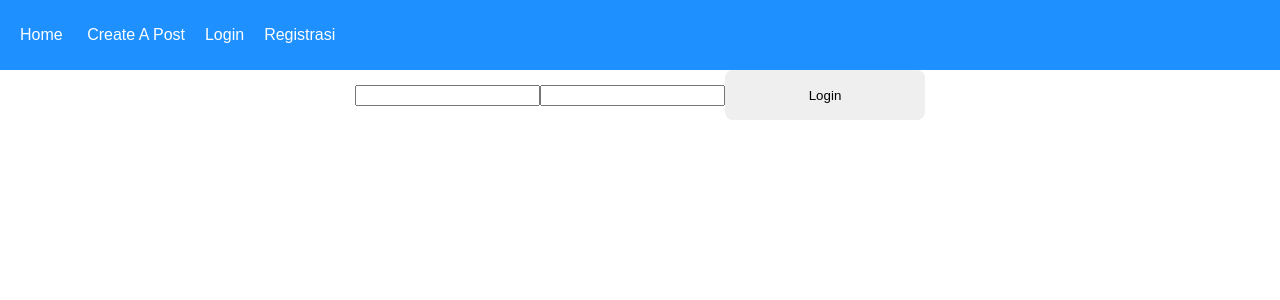
Repository: skipzenni/fullstack_react_training
Page: / (app in client/)
The author's editor kept a copy of each file at every save. The page is drawn from the files as they stood at one save, then again after a run of saves.
The browser window is 1280 px wide. The pictures show the whole page.
The page's requests for data from a server got no answer. The project was rebuilt for these pictures with package versions that can differ from the ones it lists, and the page was loaded fresh each time. No one was signed in, and anything a server would have sent is missing. Also part of the build but not shown: client/src/pages/CreatePost.js, client/src/pages/Post.js, client/src/pages/Registrasi.js, client/src/pages/PageNotFound.js.

Above is the page before, as saved 2023-06-20 01:03:50.

After the next 2 saves:
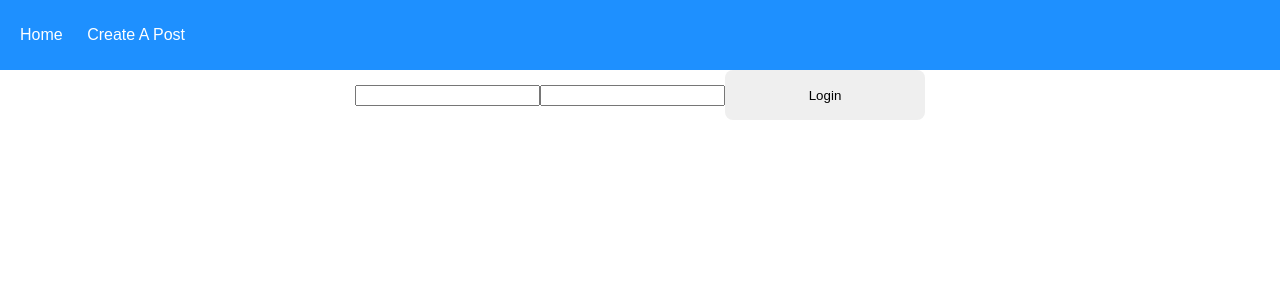
The 2 saves are shown as one change because they came seconds apart.
The last was saved 18 min 14 s later.
--- a/client/src/App.js
+++ b/client/src/App.js
@@ -47,7 +47,7 @@ function App() {
             <div className="link">
               <Link to="/">Home</Link>
               <Link to="/createpost"> Create A Post</Link>
-              {!authState.status && (
+              {!authState.status ?? (
                 <>
                   <Link to="/login">Login</Link>
                   <Link to="/registrasi">Registrasi</Link>
